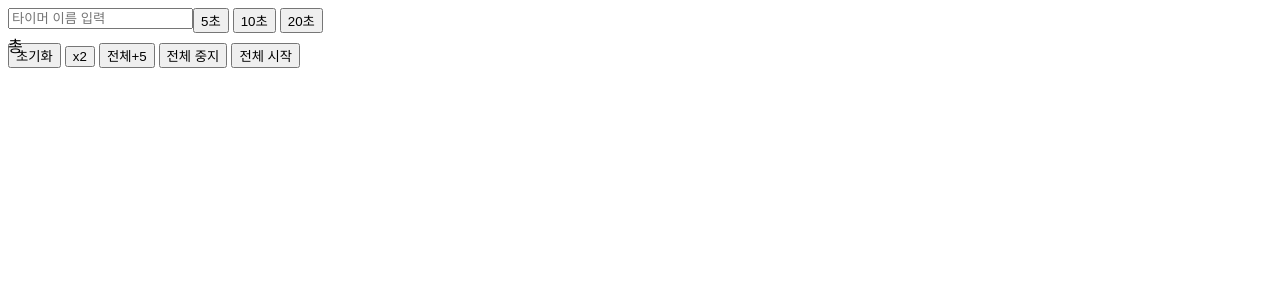
Repository: IT-magician/JS-Practice-Mission2
Page: index.html
The author's editor kept a copy of each file at every save. The page is drawn from the files as they stood at one save, then again after the next save.
The browser window is 1280 px wide. The pictures show the whole page.

Above is the page before, as saved 2023-11-15 19:06:48.

After the next save:
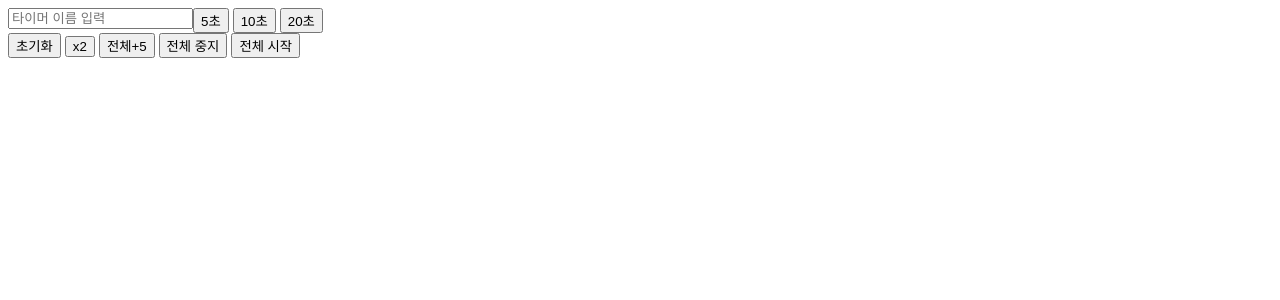
Saved 96 s later.
--- a/index.html
+++ b/index.html
@@ -8,16 +8,6 @@
     <style>
       .input {
         display: flex;
-      }
-      .summary {
-        width: 100px;
-        height: 10px;
-      }
-      .summary::before {
-        width: 100px;
-        height: 50px;
-        position: absolute;
-        content: "총 ";
       }
     </style>
   </head>
@@ -33,7 +23,7 @@
           <input type="button" value="20초" />
         </div>
       </div>
-      <div class="summary" --data-total="0" --data-average="0"></div>
+      <div class="summary"></div>
       <div class="control">
         <input type="button" value="초기화" />
         <input type="button" value="x2" />
